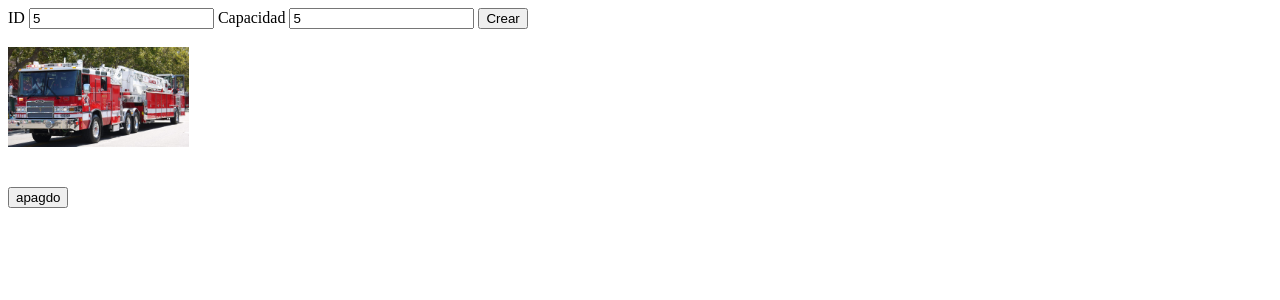
Repository: Robin-Rivadeneira/prueva_pablo
Page: index.html
These files come from the project's save history. The page is drawn as it stood at one moment and after a run of saves; the edit follows.
The browser window is 1280 px wide. The pictures show the whole page.
Empty fields were first filled with sample values (such as "Sample", 5 or name@example.com).
After loading, the first visible `button` was clicked once.

Above is the page before, as saved 2020-01-16 20:19:26.

### index.html
<!DOCTYPE html>
<html lang="en">
<head>
    <meta charset="UTF-8">
    <meta name="viewport" content="width=device-width, initial-scale=1.0">
    <meta http-equiv="X-UA-Compatible" content="ie=edge">
    <title> Motobombas</title>
</head>
<body>
    <div>
        <label>ID</label>
        <input type="number" id="id">
        <label>Capacidad</label>
        <input type="number" id="capacidad" >
        <button type="button" onclick="moto.guardar()">Crear</button>
    </div>
    <br>
    <div id="img">

    </div>
    <br>
    <div id="estado">

    </div>
    <br>
    <div id="pintar">
    </div>
</body>
<script src="/js/Motobomba.js"></script>
<script src="/js/Bombero.js"></script>
</html>

### js/Motobomba.js
class Motobomba {
    constructor(id, capacidad, estado = false) {
        this.id = id;
        this.capacidad = capacidad;
        this.estado = estado;
    }
    prender() {
        this.estado = true;
    }
    apagar() {
        this.estado = false;
    }
    getEstado() {
        return this.estado;
    }
    toString() {
        if (this.estado == true) {
            document.getElementById('estado').innerHTML='<img src="img/verde.jpg" windth="130px" height="100px">'
            var parrafo=document.createElement('p')
            parrafo.innerHTML = 'esta prendido'
            document.body.appendChild(parrafo)
            moto.apagar()


        }
        else if(this.estado == false) {
            document.getElementById('estado').innerHTML='<img src="img/rojo.jpg" windth="130px" height="100px">'
            var parrafo=document.createElement('p')
            parrafo.innerHTML = 'esta apagado'
            document.body.appendChild(parrafo)
            moto.prender()
        }
    }
    guardar(){
        var recu= document.getElementById('id').value;
        var recu1=document.getElementById('capacidad').value;
        this.id=recu
        this.capacidad=recu1
        console.log(this.id)
        console.log(this.capacidad)
        document.getElementById('img').innerHTML='<img src="img/camion.jpg" windth="130px" height="100px">'
        document.getElementById('pintar').innerHTML='<button type="button" id="boton" onclick="moto.toString()">ESTADO</button>'
        if(this.estado == false){
        document.getElementById("boton").innerHTML="apagdo"
        }
        else if(this.estado == true){
            document.getElementById("boton").innerHTML="prendido"
        }
    }
}



let moto = new Motobomba()

### js/Bombero.js
class Bombero{
    constructor(nombre){
        this.nombre=nombre;
    }
    addHabilidad(){
        let habilidades=[];
        habilidades.push(this.nombre)
    }
}

After the next 3 saves:
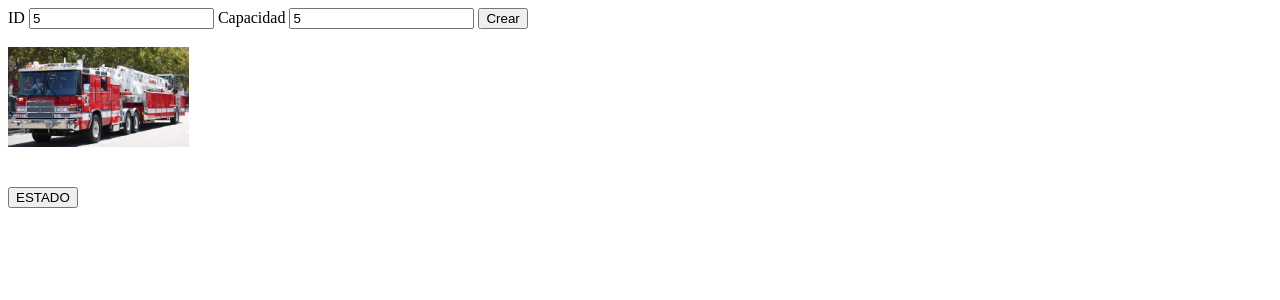
The 3 saves are shown as one change because they came seconds apart.
The last was saved 27 s later.
--- a/js/Motobomba.js
+++ b/js/Motobomba.js
@@ -29,6 +29,7 @@ class Motobomba {
             parrafo.innerHTML = 'esta apagado'
             document.body.appendChild(parrafo)
             moto.prender()
+            document.getElementById("boton").innerHTML="apagdo"
         }
     }
     guardar(){
@@ -41,7 +42,7 @@ class Motobomba {
         document.getElementById('img').innerHTML='<img src="img/camion.jpg" windth="130px" height="100px">'
         document.getElementById('pintar').innerHTML='<button type="button" id="boton" onclick="moto.toString()">ESTADO</button>'
         if(this.estado == false){
-        document.getElementById("boton").innerHTML="apagdo"
+
         }
         else if(this.estado == true){
             document.getElementById("boton").innerHTML="prendido"
